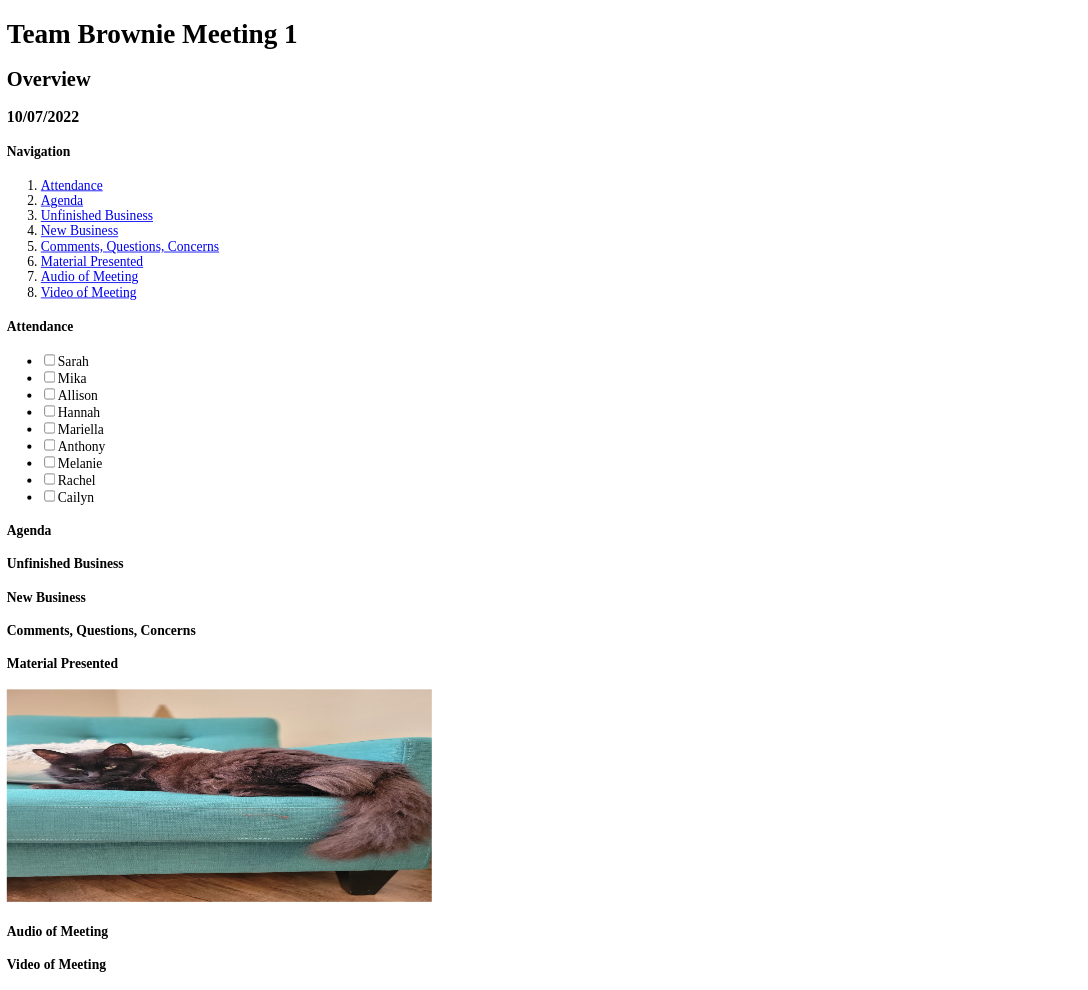
Repository: sarahtthomson/fa22-cse110-lab3
Page: index.html
An editor plug-in stored every save of this project. The page is shown before and after the next save, followed by the edit.
The browser window is 1280 px wide. The pictures show the whole page, at 85% of full size.

Above is the page before, as saved 2022-10-07 17:43:06.

### index.html
<!DOCTYPE html>
<html lang="en">
    <head>
        <Title>Team Brownie</Title>
        <meta name="description" content="Meeting minutes for Team Brownie">
        <link rel="icon" href="favicon.ico">
    </head>
    <body>
        <header>
            <h1>Team Brownie Meeting 1</h1>
            <h2>Overview</h2>
            <h3>10/07/2022</h3>
        </header>
        <main>
            <nav class="nav">
                <h4>Navigation</h4>
                <ol>
                    <li><a href="#Attendance" >Attendance</a></li>
                    <li><a href="#Agenda">Agenda</a></li>
                    <li><a href="#Unfinished">Unfinished Business</a></li>
                    <li><a href="#New">New Business</a></li>
                    <li><a href="#Comments">Comments, Questions, Concerns</a></li>
                    <li><a href="#Material">Material Presented</a></li>
                    <li><a href="#Audio">Audio of Meeting</a></li>
                    <li><a href="#Video">Video of Meeting</a></li>
                </ol>
            </nav>
            <div class="Attendance" id="Attendance">
                <h4>Attendance</h4>
                <ul>
                    <li><input type="checkbox">Sarah</li>
                    <li><input type="checkbox">Mika</li>
                    <li><input type="checkbox">Allison</li>
                    <li><input type="checkbox">Hannah</li>
                    <li><input type="checkbox">Mariella</li>
                    <li><input type="checkbox">Anthony</li>
                    <li><input type="checkbox">Melanie</li>
                    <li><input type="checkbox">Rachel</li>
                    <li><input type="checkbox">Cailyn</li>
                </ul>
            </div>
            <div class="Agenda" id="Agenda">
                <h4>Agenda</h4>

            </div>
            <div class="Unfinished" id="Unfinished">
                <h4>Unfinished Business</h4>
            </div>
            <div class="New" id="New">
                <h4>New Business</h4>
            </div>
            <div class="Comments" id="Comments">
                <h4>Comments, Questions, Concerns</h4>

            </div>
            <div class="Material" id="Material">
                <h4>Material Presented</h4>
                <img height="250" width="500" src="cat.jpg">
            </div>
            <div class="Audio" id="Audio">
                <h4>Audio of Meeting</h4>
            </div>
            <div class="Video" id="Video">
                <h4>Video of Meeting</h4>
            </div>
        </main>

    </body>
</html>

After the next save:
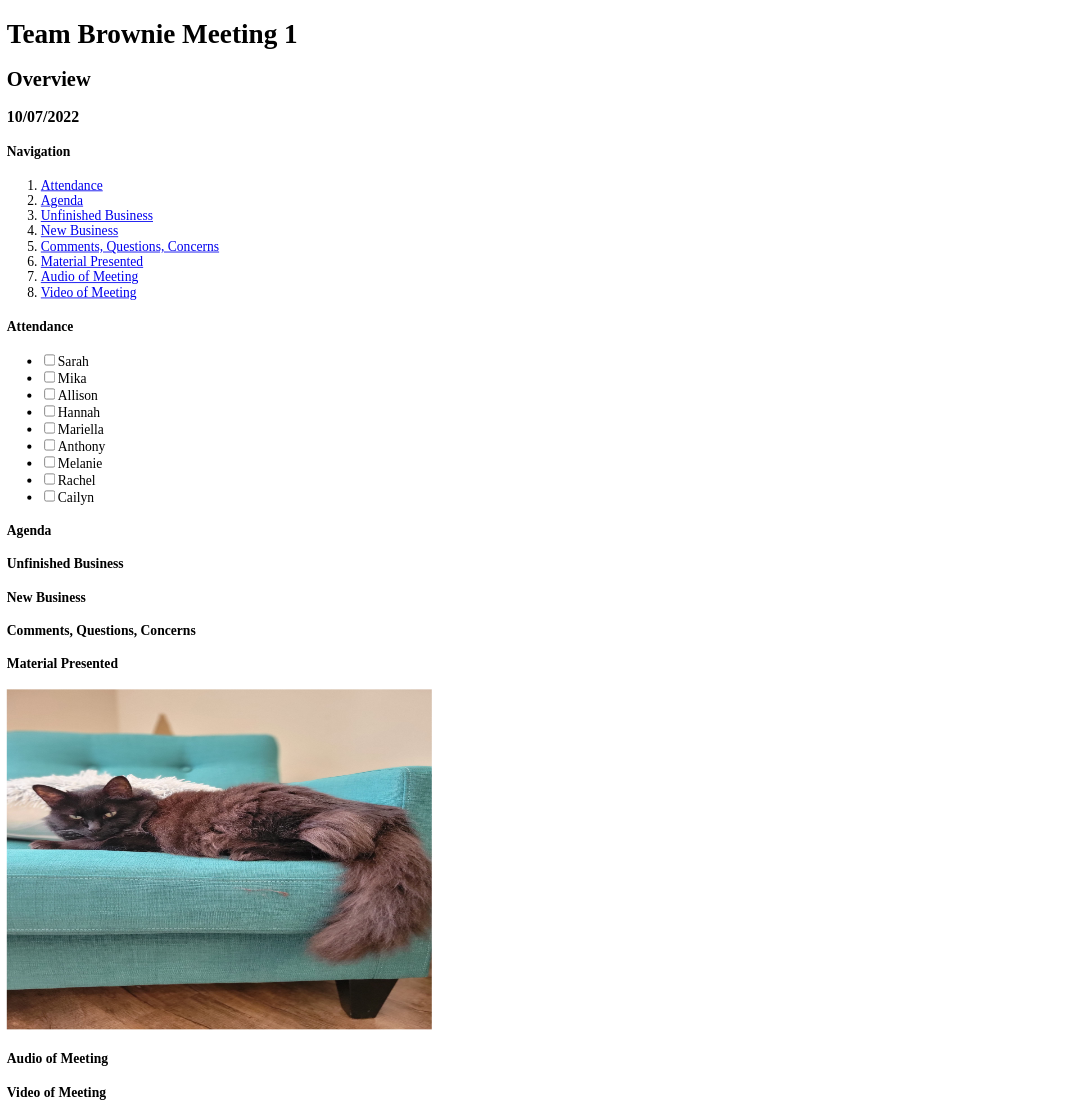
Saved 5 s later.
--- a/index.html
+++ b/index.html
@@ -55,7 +55,7 @@
             </div>
             <div class="Material" id="Material">
                 <h4>Material Presented</h4>
-                <img height="250" width="500" src="cat.jpg">
+                <img height="400" width="500" src="cat.jpg">
             </div>
             <div class="Audio" id="Audio">
                 <h4>Audio of Meeting</h4>
